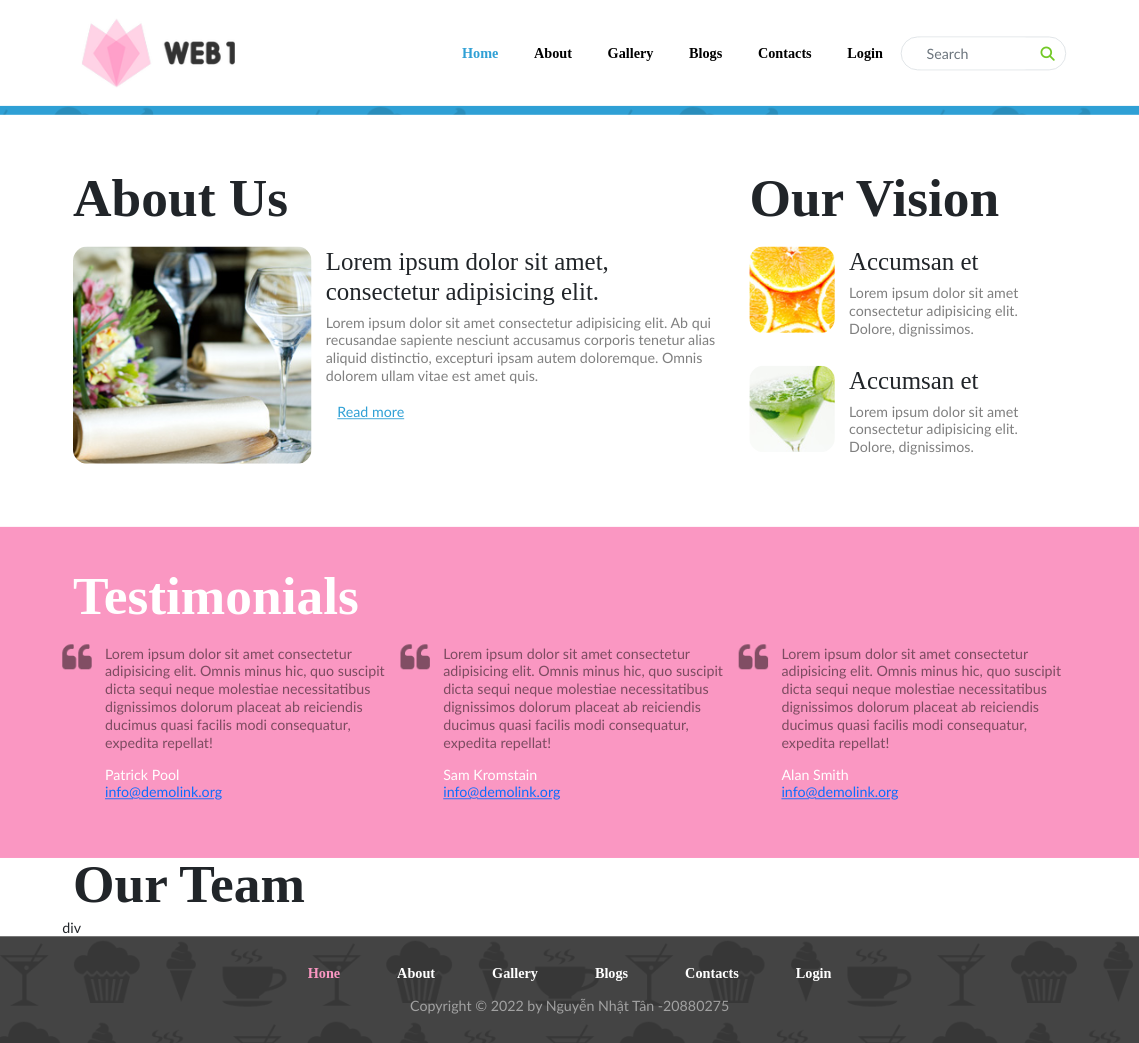
Repository: carembanhkem/web1-20880275
Page: about.html
The author's editor kept a copy of each file at every save. The page is drawn from the files as they stood at one save, then again after a run of saves.
The browser window is 1280 px wide. The pictures show the whole page, at 89% of full size.
Some web fonts or font styles are not loaded; a fallback is used. Some web libraries are served in a nearby version.

Above is the page before, as saved 2023-02-06 11:36:44.
Console error: ReferenceError: bootstrap is not defined

### about.html
<!doctype html>
<html lang="en">

<head>
    <title>20880275 - Web1 Project</title>
    <!-- Required meta tags -->
    <meta charset="utf-8">
    <meta name="viewport" content="width=device-width, initial-scale=1, shrink-to-fit=no">
    <!-- Favicon-->
    <link rel="shortcut icon" href="images/favicon.ico" type="image/x-icon">
    <!-- FontAweSome-->
    <script src="https://kit.fontawesome.com/ee054dad92.js" crossorigin="anonymous"></script>
    <!-- Google Fonts -->
    <link rel="preconnect" href="https://fonts.googleapis.com">
    <link rel="preconnect" href="https://fonts.gstatic.com" crossorigin>
    <link href="https://fonts.googleapis.com/css2?family=Changa+One&display=swap" rel="stylesheet">
    <!-- Bootstrap CSS v5.2.1 -->
    <link href="https://cdn.jsdelivr.net/npm/bootstrap@5.2.1/dist/css/bootstrap.min.css" rel="stylesheet"
        integrity="sha384-iYQeCzEYFbKjA/T2uDLTpkwGzCiq6soy8tYaI1GyVh/UjpbCx/TYkiZhlZB6+fzT" crossorigin="anonymous">
    <link rel="stylesheet" href="css/20880275.css">
</head>

<body>
    <header class="container">
        <nav class="navbar navbar-expand-sm navbar-light">
            <a class="navbar-brand" href="#">
                <img src="images/logo.png" alt="Web1 Logo">
            </a>
            <button class="navbar-toggler d-lg-none" type="button" data-bs-toggle="collapse" data-bs-target="#menu-header" aria-controls="menu-header"
                aria-expanded="false" aria-label="Toggle navigation"></button>
            <div class="collapse navbar-collapse" id="menu-header">
                <ul class="navbar-nav ms-auto mt-2 mt-lg-0">
                    <li class="nav-item">
                        <a class="nav-link active" href="index.html" aria-current="page">Home <span class="visually-hidden">(current)</span></a>
                    </li>
                    <li class="nav-item">
                        <a class="nav-link" href="about.html">About</a>
                    </li>
                    <li class="nav-item">
                        <a class="nav-link" href="gallery.html">Gallery</a>
                    </li>
                    <li class="nav-item">
                        <a class="nav-link" href="blogs.html">Blogs</a>
                    </li>
                    <li class="nav-item">
                        <a class="nav-link" href="contact.html">Contacts</a>
                    </li>
                    <li class="nav-item">
                        <a class="nav-link" href="#" data-bs-toggle="modal" data-bs-target="#modalLogin">Login</a>
                    </li>
                </ul>
                <form class="d-flex my-2 my-lg-0 border rounded-pill" id="formSearch">
                    <input class="form-control border-0 ms-3" type="text" placeholder="Search">
                    <button class="btn my-2 my-sm-0 border-0" type="submit"><i class="fa-solid fa-magnifying-glass"></i></button>
                </form>
            </div>
        </nav>
    </header>

    <section id="banner-small">

    </section>

    <section class="container py-5">
        <div class="row">
            <div class="col-md-8">
                <h1 class="py-3">About Us</h1>
                <div>
                    <img src="images/about-1.jpg" alt="About us" class="float-start rounded-4 me-3">
                    <h3>Lorem ipsum dolor sit amet, consectetur adipisicing elit.</h3>
                    <p class="text-black-50">Lorem ipsum dolor sit amet consectetur adipisicing elit. Ab qui recusandae sapiente nesciunt accusamus corporis tenetur alias aliquid distinctio, excepturi ipsam autem doloremque. Omnis dolorem ullam vitae est amet quis.</p>
                    <a href="#" class="btn btn-link readmore">Read more</a>
                </div>
            </div>
            <div class="col-md-4 col-sm-12">
                <h1 class="py-3">Our Vision</h1>
                <div class="clearfix mb-3">
                    <img src="images/vision/vision-1.jpg" alt="vision1" class="float-start me-3 rounded-4">
                    <h3>Accumsan et</h3>
                    <p class="text-black-50">Lorem ipsum dolor sit amet consectetur adipisicing elit. Dolore, dignissimos.</p>
                </div>
                <div class="clearfix mb-3">
                    <img src="images/vision/vision-2.jpg" alt="vision1" class="float-start me-3 rounded-4">
                    <h3>Accumsan et</h3>
                    <p class="text-black-50">Lorem ipsum dolor sit amet consectetur adipisicing elit. Dolore, dignissimos.</p>
                </div>
            </div>
        </div>
    </section>
    <!-- Testimonials-->
    <section class="container-fluid py-5" id="testimonials">
        <div class="container">
            <h1 class="text-white">Testimonials</h1>
            <div class="row py-3">
                <div class="col">
                    <p class="text-black-50">Lorem ipsum dolor sit amet consectetur adipisicing elit. Omnis minus hic, quo suscipit dicta sequi neque molestiae necessitatibus dignissimos dolorum placeat ab reiciendis ducimus quasi facilis modi consequatur, expedita repellat!</p>
                    <span class="text-white">Patrick Pool</span><br>
                    <a href="#">info@demolink.org</a>
                </div>
                <div class="col">
                    <p class="text-black-50">Lorem ipsum dolor sit amet consectetur adipisicing elit. Omnis minus hic, quo suscipit dicta sequi neque molestiae necessitatibus dignissimos dolorum placeat ab reiciendis ducimus quasi facilis modi consequatur, expedita repellat!</p>
                    <span class="text-white">Sam Kromstain</span><br>
                    <a href="#">info@demolink.org</a>
                </div>
                <div class="col">
                    <p class="text-black-50">Lorem ipsum dolor sit amet consectetur adipisicing elit. Omnis minus hic, quo suscipit dicta sequi neque molestiae necessitatibus dignissimos dolorum placeat ab reiciendis ducimus quasi facilis modi consequatur, expedita repellat!</p>
                    <span class="text-white">Alan Smith</span><br>
                    <a href="#">info@demolink.org</a>
                </div>
            </div>
        </div>
    </section>

    <!-- Our Team-->
    <section id="our-team" class="container">
        <div class="row">
            <h1>Our Team</h1>
            div
        </div>
    </section>
    <!-- Footer -->
    <footer class="text-center container-fluid text-white py-3">
        <ul class="nav justify-content-center py-3" id="menu-footer">
            <li class="nav-item">
                <a class="nav-link active" href="#" aria-current="page">Hone</a>
            </li>
            <li class="nav-item">
                <a class="nav-link" href="about.html">About</a>
            </li>
            <li class="nav-item">
                <a class="nav-link" href="gallery.html">Gallery</a>
            </li>
            <li class="nav-item">
                <a class="nav-link" href="blogs.html">Blogs</a>
            </li>
            <li class="nav-item">
                <a class="nav-link" href="contact.html">Contacts</a>
            </li>
            <li class="nav-item">
                <a class="nav-link" href="#" data-bs-toggle="modal" data-bs-target="#modalLogin">Login</a>
            </li>
        </ul>
        <p class="text-white-50">Copyright &copy; 2022 by  Nguyễn Nhật Tân -20880275</p>
    </footer>

    <!-- Modal Body -->
    <!-- if you want to close by clicking outside the modal, delete the last endpoint:data-bs-backdrop and data-bs-keyboard -->
    <div class="modal fade" id="modalLogin" tabindex="-1" data-bs-backdrop="static" data-bs-keyboard="false" role="dialog" aria-labelledby="modalTitleId" aria-hidden="true">
        <div class="modal-dialog modal-dialog-scrollable modal-dialog-centered modal-sm" role="document">
            <div class="modal-content">
                <div class="modal-header">
                    <button type="button" class="btn-close" data-bs-dismiss="modal" aria-label="Close"></button>
                </div>
                <div class="modal-body">
                    <form action="#" method="post" id="formLogin">
                        <h3 class="text-center">Login Form</h3>
                        <div class="mb-3">
                            <input type="text" name="username" id="username" placeholder="Username" class="form-control">
                        </div>
                        <div class="mb-3">
                            <input type="password" name="password" id="password" placeholder="Password" class="form-control">
                        </div>
                        <button type="submit" class="form-control btn">Login</button>
                    </form>
                </div>
                <div class="modal-footer">

                </div>
            </div>
        </div>
    </div>


    <!-- Optional: Place to the bottom of scripts -->
    <script>
        const myModal = new bootstrap.Modal(document.getElementById('modalLogin'), options)

    </script>

    <!-- Boostrap JavaScript Libraries -->
    <script src="https://cdn.jsdelivr.net/npm/@popperjs/core@2.11.6/dist/umd/popper.min.js"
        integrity="sha384-oBqDVmMz9ATKxIep9tiCxS/Z9fNfEXiDAYTujMAeBAsjFuCZSmKbSSUnQlmh/jp3" crossorigin="anonymous">
    </script>

    <script src="https://cdn.jsdelivr.net/npm/bootstrap@5.2.1/dist/js/bootstrap.min.js"
        integrity="sha384-7VPbUDkoPSGFnVtYi0QogXtr74QeVeeIs99Qfg5YCF+TidwNdjvaKZX19NZ/e6oz" crossorigin="anonymous">
    </script>
</body>

</html>

### css/20880275.css
:root {
    --web1-pink: #FA97C2;
    --web1-blue: #2FA0D5;
    --web1-green: #73C926;
}

body {
    font-family: 'Trebuchet MS', Arial, Helvetica, sans-serif;
    font-size: 16px;
    line-height: 20px;
}

h1, h2, h3, h4 {
    font-family: 'Changa One', cursive;
    font-weight: 400;
}

h1 {
    font-size: 60px;
    line-height: 60px;
    font-weight: 900;
}

/* Header */
#menu-header a {
    display: block;
    padding: 0 1.25rem;
    font-weight: bold;
    color: black;
    font-family: 'Changa One', cursive;
}
#menu-header a.active {
    color: var(--web1-blue);
}

#formSearch input {
    width: 8rem;
}

#formSearch i {
    color: var(--web1-green);
}

/* Banner */
#banner {
    background-image: url('../images/bg-banner.gif');
}

#banner > div {
    background: url('../images/logo_bg.png') left top no-repeat, url('../images/search_bg.png') right top no-repeat;
    padding: 5rem 0  3rem 0;
}

#banner a {
    background-color: var(--web1-pink);
    font-family: 'Changa One', cursive;
    font-size: 2rem;
}

#banner .carousel-item {
    min-height: 15rem; /*Do chieu cao khong co dinh nen minheight bang cai lon nhat de ko bi xe dich*/
}

#banner .carousel-indicators li {
    width: 1.2rem;
    height: 1.2rem;
    border-radius: 1.2rem; /* de no thanh hinh tron*/
    border: none; /* de no thanh hinh tron vi width = height = border radius*/
    margin: 0 0.25rem;
    position: relative;
}

#banner .carousel-indicators li span {
    position: absolute;
    top: 0.3rem;
    left: 0.3rem;
    width: 0.6rem;
    height: 0.6rem;
    border-radius: 0.6rem;
    border: none;
    text-align:left;
    text-indent: -9999px;
}

#banner .carousel-indicators li.active span{
    background-color: var(--web1-green);
}

/* banner small */
#banner-small {
    background-image: url(../images/bg-banner.gif);
    padding: 5px;
}

/* products */
.readmore {
    color: var(--web1-blue);
    margin-top: -4px;
}

.web1-text-blue {
    color: var(--web1-blue);
}

/* about us */
#aboutus {
    background-color: var(--web1-pink);
}
/* Testimonials */
#testimonials {
    background-color: var(--web1-pink);
}
#testimonials .col {
    background: url("../images/quot.png") left top no-repeat;
    padding-left: 3rem;
}

#formSignUp {
    border-style: dashed !important;
    border-color: rgba(0,0,0,0.5) !important;
}

/* news */
#news .date {
    background-color: var(--web1-green);
    width: 6rem;
    padding: 1.5rem;
}

/* Footer*/
footer {
    background-image: url('../images/bg-footer.gif');
}

#menu-footer a {
    color: white;
    font-weight: bold;
    font-family: 'Changa One', cursive;
    display: block;
    padding: 0 2rem;
}

#menu-footer a.active {
    color: var(--web1-pink);
}

/* Modal Login*/
#formLogin button[type="submit"]{
    background-color: var(--web1-blue);
    color: white;
}

After the next 2 saves:
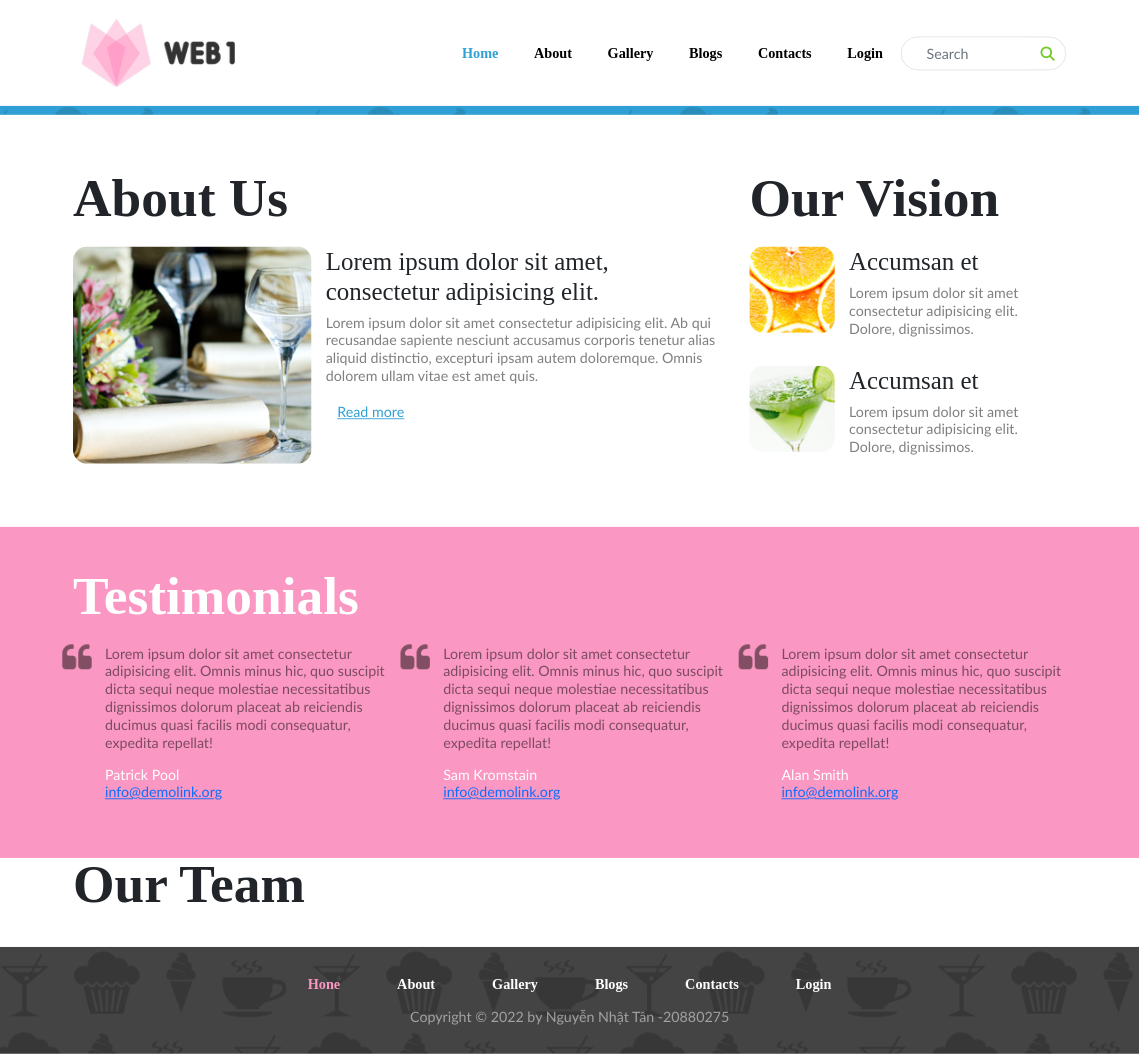
The 2 saves are shown as one change because they came seconds apart.
The last was saved 7 s later.
--- a/about.html
+++ b/about.html
@@ -115,7 +115,7 @@
     <section id="our-team" class="container">
         <div class="row">
             <h1>Our Team</h1>
-            div
+            <div class="row py-3"></div>
         </div>
     </section>
     <!-- Footer -->
